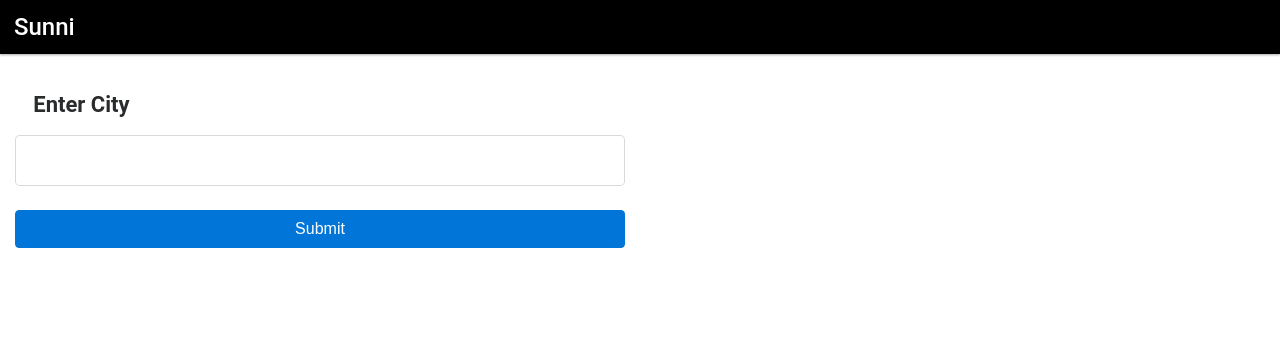
Repository: Oakga/Weather_app
Page: index.html
An editor plug-in stored every save of this project. The page is shown before and after the next save, followed by the edit.
The browser window is 1280 px wide. The pictures show the whole page.

Above is the page before, as saved 2017-09-22 05:51:17.

After the next save:
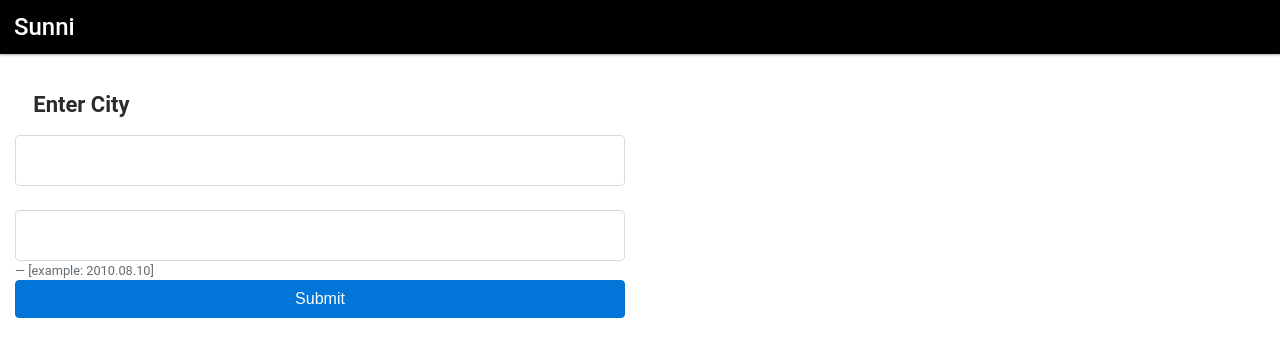
Saved 3 min 10 s later.
--- a/index.html
+++ b/index.html
@@ -18,6 +18,8 @@
                 <form id="location-form">
                     <input type="text" id="location-input" class="form-control form-control-lg "/>
                     <br>
+                    <input type="text" id="date-input" class="form-control form-control-lg "/>
+                    <footer class="blockquote-footer">[example: 2010.08.10]</footer>
                     <button type="submit" class="btn btn-primary btn-block">Submit</button>
                 </form>
                 <div id="formatted-address"></div>
